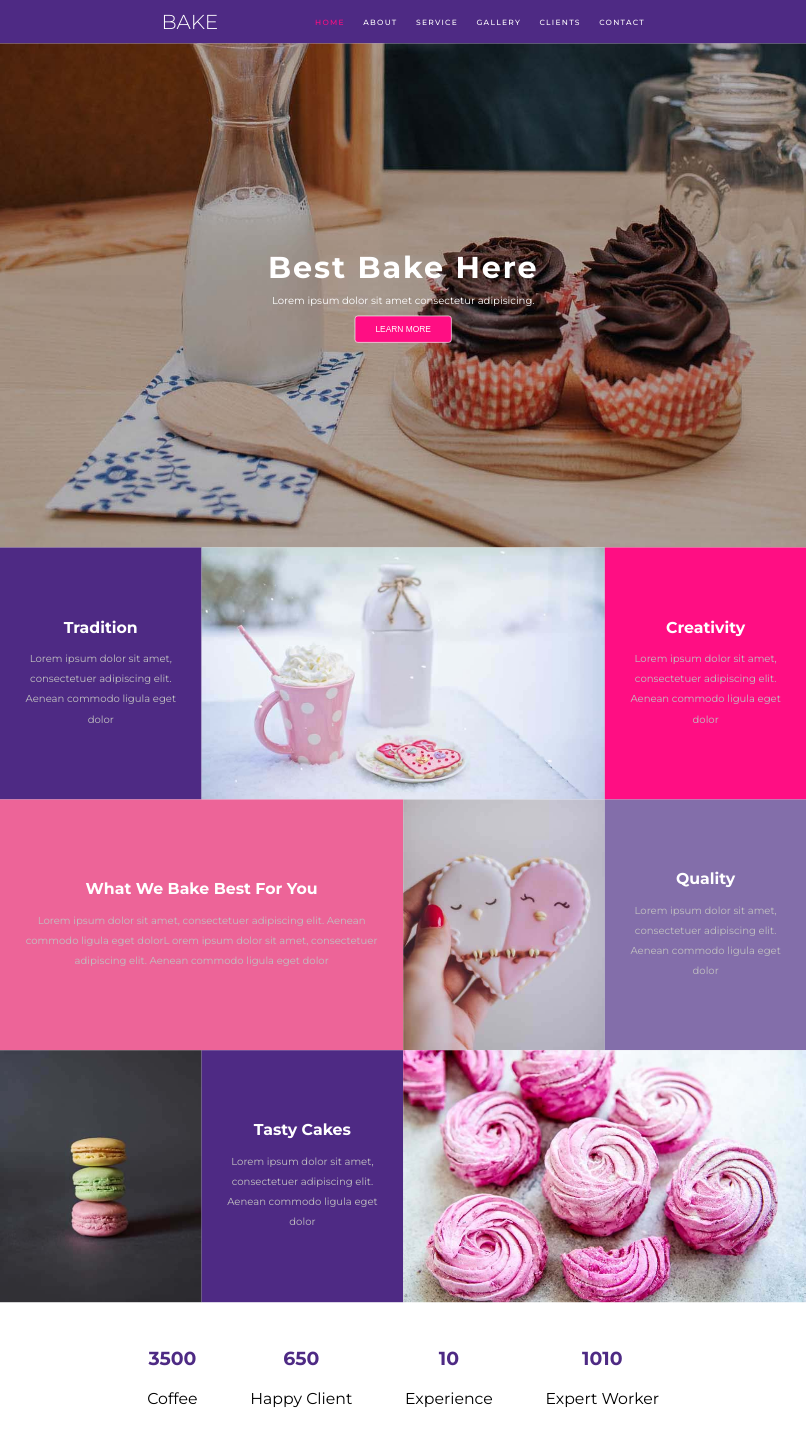
Repository: giahuy405/Bake
Page: index.html
The author's editor kept a copy of each file at every save. The page is drawn from the files as they stood at one save, then again after the next save.
The browser window is 1280 px wide. The pictures show the whole page, at 63% of full size.

Above is the page before, as saved 2022-09-13 15:27:26.

After the next save:
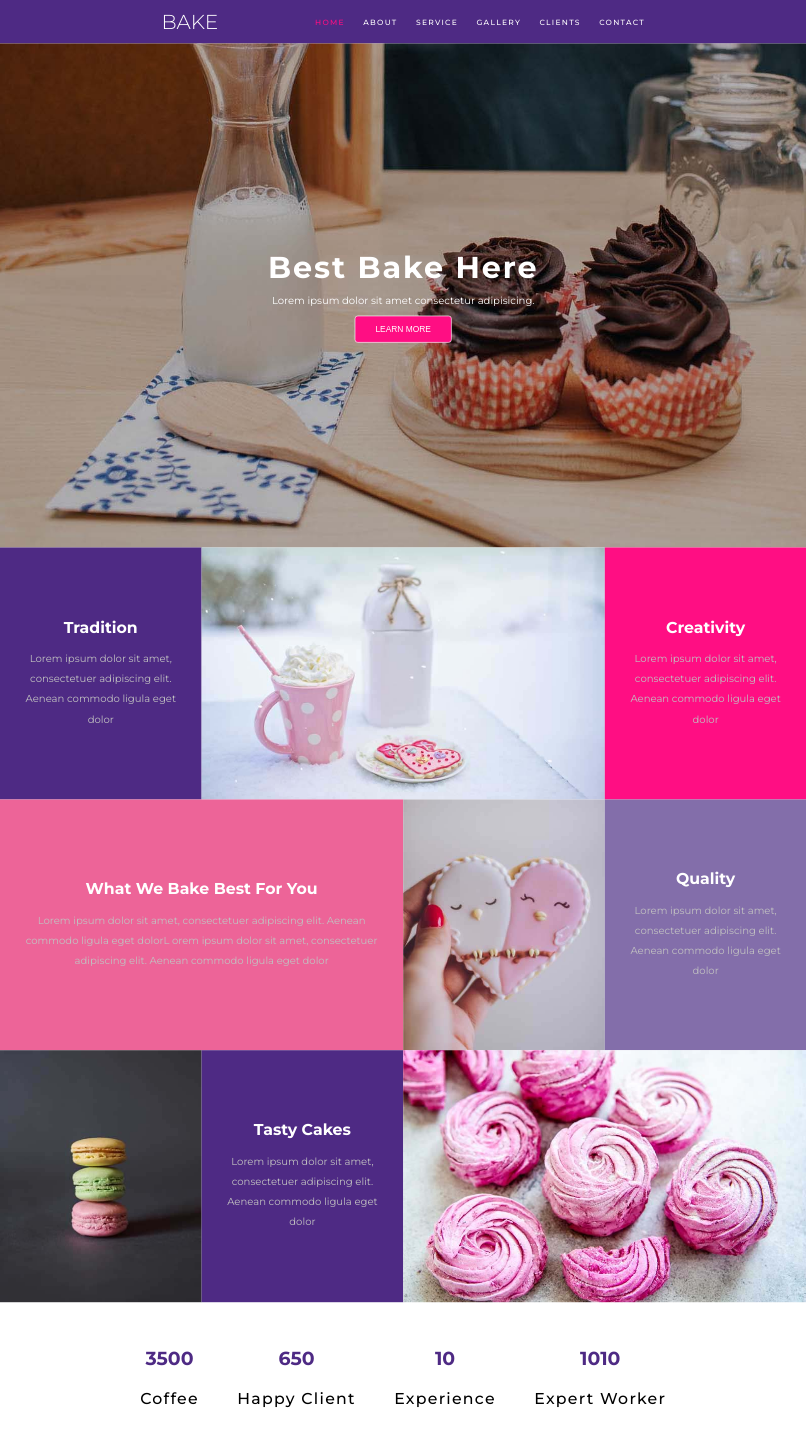
Saved 11 s later.
--- a/css/index.css
+++ b/css/index.css
@@ -135,4 +135,6 @@
 .number__item p{
     font-size: 25px;
     margin-top: 30px;
+    font-weight: 500;
+    letter-spacing: 2px;
 }
